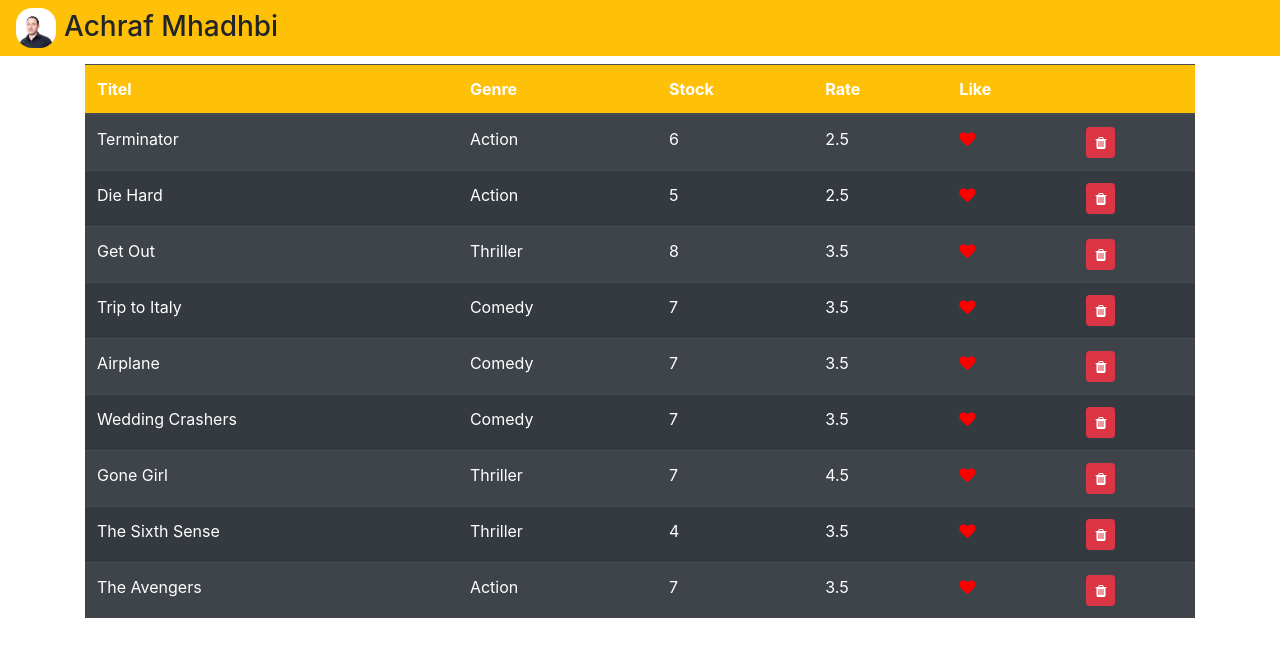
Repository: AMhadhbi/TecMovies-web-app
Page: /
An editor plug-in stored every save of this project. The page is shown before and after the next save, followed by the edit.
The browser window is 1280 px wide. The pictures show the whole page.
The project was rebuilt for these pictures with package versions that can differ from the ones it lists, and the page was loaded fresh each time.

Above is the page before, as saved 2021-03-08 21:22:20.

### src/index.js
import React from 'react';
import ReactDOM from 'react-dom';
import './index.css';
import App from './App';
import reportWebVitals from './reportWebVitals';
import "bootstrap/dist/css/bootstrap.css";
import "font-awesome/css/font-awesome.css";

ReactDOM.render(
  <React.StrictMode>
    <App />
  </React.StrictMode>,
  document.getElementById('root')
);

// If you want to start measuring performance in your app, pass a function
// to log results (for example: reportWebVitals(console.log))
// or send to an analytics endpoint. Learn more: https://bit.ly/CRA-vitals
reportWebVitals();

### src/App.js
import React from 'react';
import Movies from './components/movies';
import Navbar from './components/navbar';

function App() {
  return (
    <React.Fragment>
      <Navbar/>
      <div className='container'>
      <Movies/>
      </div>
    </React.Fragment>

   );
}

export default App;

### src/components/movies.jsx
import React, { Component } from 'react';
import { getMovies } from '../services/fakeMovieService';
import Like from './like';

class Movies extends Component {
    state = {
        movies : getMovies()
     }
    render() {
        const {movies} = this.state;
        return (
            <table className="table table-striped table-dark">
            <thead className="bg-warning">
              <tr>
                <th>Titel</th>
                <th>Genre</th>
                <th>Stock</th>
                <th>Rate</th>
                <th>Like</th>
                <th/>
              </tr>
            </thead>
            <tbody>
            {movies.map((movie) => (
                <tr key={movie.id}>
                    <td>{movie.title}</td>
                    <td>{movie.genre.name}</td>
                    <td>{movie.numberInStock}</td>
                    <td>{movie.dailyRentalRate}</td>
                    <td >
                      <Like liked={movie.liked}/>
                    </td>
                    <td>
                    <button className="btn btn-danger btn-sm">
                    <i className="fa fa-trash"/>
                    </button>
                    </td>
            </tr>
            ))}

            </tbody>
          </table>
         );
    }
}

export default Movies;

### src/components/navbar.jsx
import React, { Component } from 'react';
class Navbar extends Component {
    render() {
        return (
            <nav className="navbar navbar-light bg-warning h3">
            <span>
                <img className ="mr-2" src='images/me.png' alt=""
                style={{width: "40px", height: "40px", borderRadius :"40%"}}
                />
                Achraf Mhadhbi
            </span>
            </nav>
         );
    }
}

export default Navbar;

### src/services/fakeMovieService.js
import * as genresAPI from "./fakeGenreService";

const movies = [
  {
    _id: "5b21ca3eeb7f6fbccd471815",
    title: "Terminator",
    genre: { _id: "5b21ca3eeb7f6fbccd471818", name: "Action" },
    numberInStock: 6,
    dailyRentalRate: 2.5,
    publishDate: "2018-01-03T19:04:28.809Z",
    liked: true,
  },
  {
    _id: "5b21ca3eeb7f6fbccd471816",
    title: "Die Hard",
    genre: { _id: "5b21ca3eeb7f6fbccd471818", name: "Action" },
    numberInStock: 5,
    dailyRentalRate: 2.5,
    liked: false,
  },
  {
    _id: "5b21ca3eeb7f6fbccd471817",
    title: "Get Out",
    genre: { _id: "5b21ca3eeb7f6fbccd471820", name: "Thriller" },
    numberInStock: 8,
    dailyRentalRate: 3.5,
    liked: true,
  },
  {
    _id: "5b21ca3eeb7f6fbccd471819",
    title: "Trip to Italy",
    genre: { _id: "5b21ca3eeb7f6fbccd471814", name: "Comedy" },
    numberInStock: 7,
    dailyRentalRate: 3.5,
    liked: false,
  },
  {
    _id: "5b21ca3eeb7f6fbccd47181a",
    title: "Airplane",
    genre: { _id: "5b21ca3eeb7f6fbccd471814", name: "Comedy" },
    numberInStock: 7,
    dailyRentalRate: 3.5,
    liked: true,
  },
  {
    _id: "5b21ca3eeb7f6fbccd47181b",
    title: "Wedding Crashers",
    genre: { _id: "5b21ca3eeb7f6fbccd471814", name: "Comedy" },
    numberInStock: 7,
    dailyRentalRate: 3.5,
    liked: true,
  },
  {
    _id: "5b21ca3eeb7f6fbccd47181e",
    title: "Gone Girl",
    genre: { _id: "5b21ca3eeb7f6fbccd471820", name: "Thriller" },
    numberInStock: 7,
    dailyRentalRate: 4.5,
    liked: false,
  },
  {
    _id: "5b21ca3eeb7f6fbccd47181f",
    title: "The Sixth Sense",
    genre: { _id: "5b21ca3eeb7f6fbccd471820", name: "Thriller" },
    numberInStock: 4,
    dailyRentalRate: 3.5,
    liked: true,
  },
  {
    _id: "5b21ca3eeb7f6fbccd471821",
    title: "The Avengers",
    genre: { _id: "5b21ca3eeb7f6fbccd471818", name: "Action" },
    numberInStock: 7,
    dailyRentalRate: 3.5,
    liked: false,
  },
];

export function getMovies() {
  return movies;
}

export function getMovie(id) {
  return movies.find((m) => m._id === id);
}

export function saveMovie(movie) {
  let movieInDb = movies.find((m) => m._id === movie._id) || {};
  movieInDb.name = movie.name;
  movieInDb.genre = genresAPI.genres.find((g) => g._id === movie.genreId);
  movieInDb.numberInStock = movie.numberInStock;
  movieInDb.dailyRentalRate = movie.dailyRentalRate;

  if (!movieInDb._id) {
    movieInDb._id = Date.now();
    movies.push(movieInDb);
  }

  return movieInDb;
}

export function deleteMovie(id) {
  let movieInDb = movies.find((m) => m._id === id);
  movies.splice(movies.indexOf(movieInDb), 1);
  return movieInDb;
}

### src/components/like.jsx
const Like = (props) => {
    const clsIcon = props.liked ? "fa fa-heart" :"fa-heart-o"
    return (
        <i className="fa fa-heart" style={{color:'red'}}></i>
     );
}

export default Like;

Loaded but not shown: public/index.html (common file); src/index.css (common file); src/reportWebVitals.js (common file); src/services/fakeGenreService.js (common file)

After the next save:
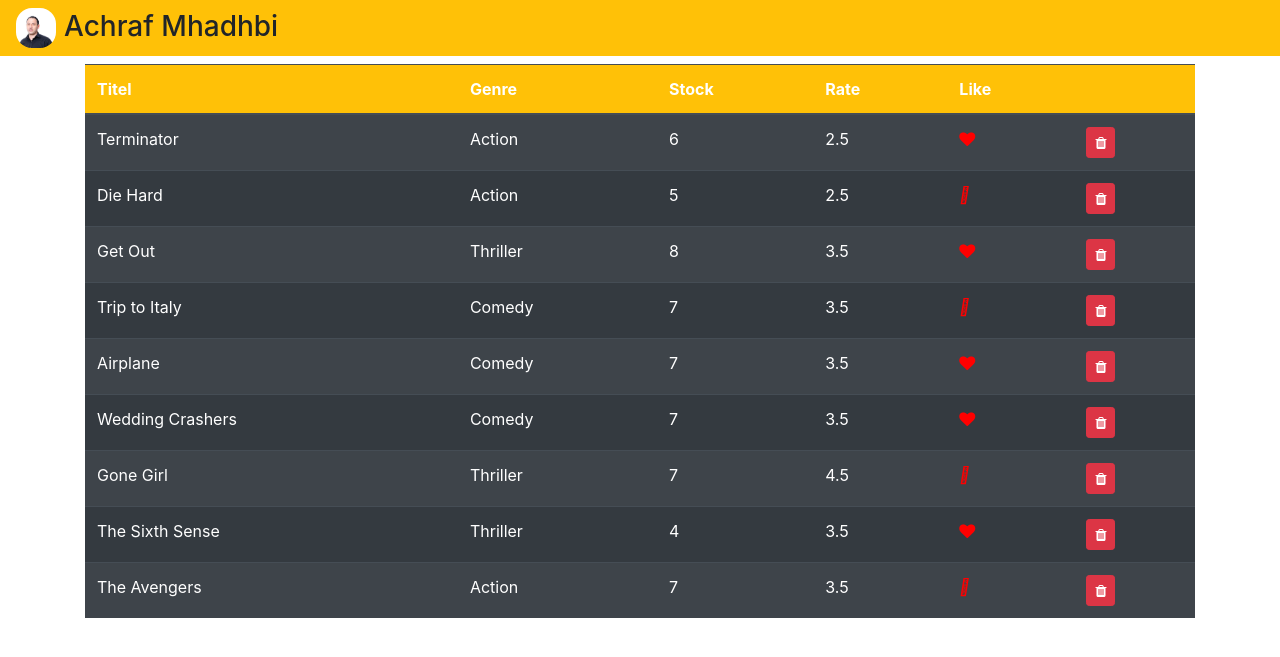
Saved 17 s later.
--- a/src/components/like.jsx
+++ b/src/components/like.jsx
@@ -1,7 +1,7 @@
 const Like = (props) => {
     const clsIcon = props.liked ? "fa fa-heart" :"fa-heart-o"
     return (
-        <i className="fa fa-heart" style={{color:'red'}}></i>
+        <i className={clsIcon} style={{color:'red'}}></i>
      );
 }
 
